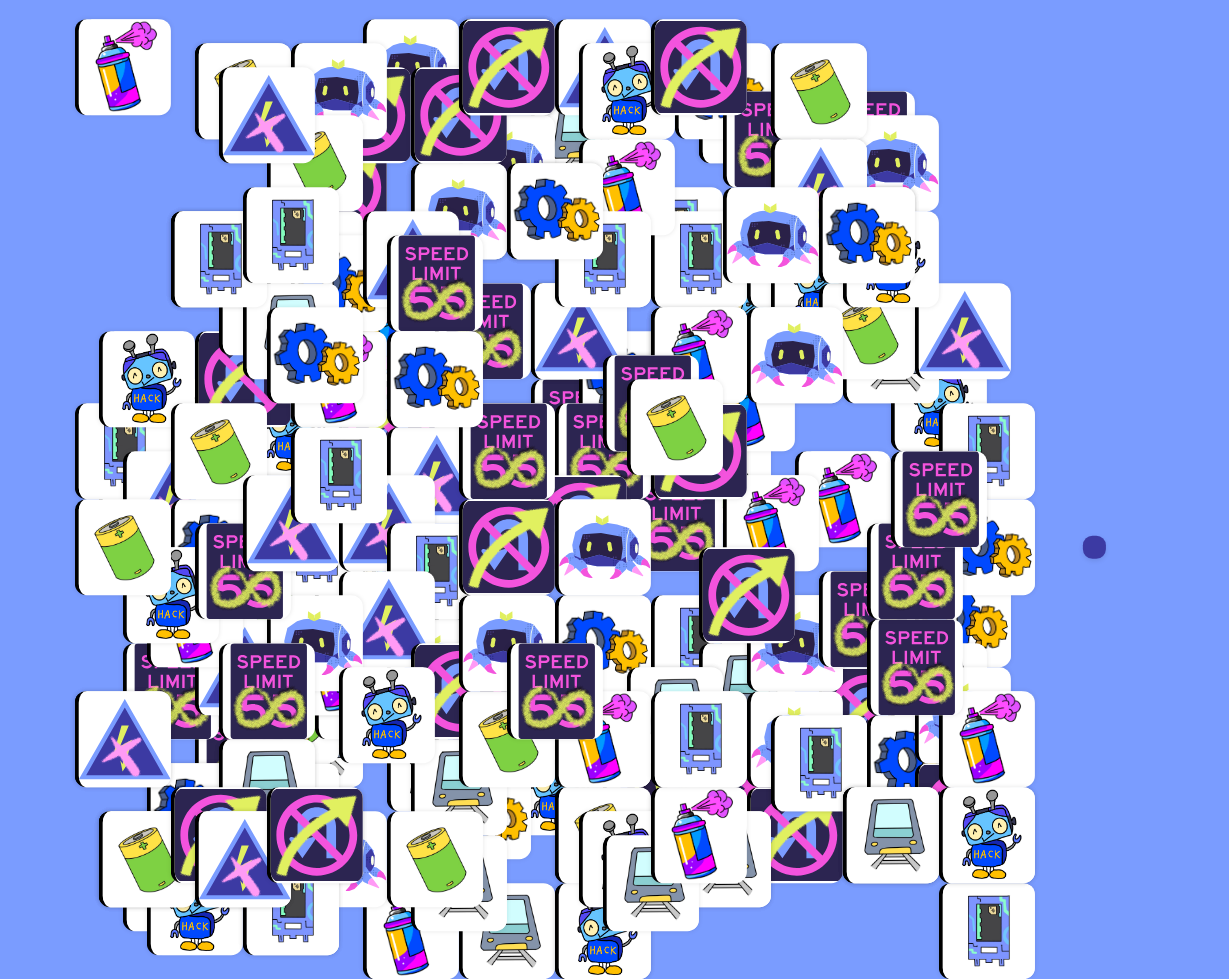
Repository: Avril-Cui/hack-puzzle
Page: / (app in client/)
An editor plug-in stored every save of this project. The page is shown before and after the next save, followed by the edit.
The browser window is 1280 px wide. The pictures show the whole page, at 96% of full size.
The project was rebuilt for these pictures with package versions that can differ from the ones it lists, and the page was loaded fresh each time. The framework's server and built-in components were replaced by stand-ins that run in the browser. Also part of the build but not shown: client/next.config.ts.

Above is the page before, as saved 2025-06-11 19:46:43.

### client/app/page.tsx
import Game from "../components/Game";

export default function Home() {
  return (
    <div>
      <Game />
    </div>
  );
}

### client/app/globals.css
@import "tailwindcss";

:root {
  --background: #7A9CFF;
}

@theme inline {
  --color-background: var(--background);
  --color-foreground: var(--foreground);
  --font-sans: var(--font-geist-sans);
  --font-mono: var(--font-geist-mono);
}

@media (prefers-color-scheme: dark) {
  :root {
    --background: #7A9CFF;
  }
}

body {
  background: var(--background);
  color: var(--foreground);
  font-family: Arial, Helvetica, sans-serif;
}

### client/components/Game.tsx
"use client";
import React, { useEffect, useState } from "react";
import styles from "./Game.module.css";

interface Tile {
  id: string;
  x: number;
  y: number;
  z: number;
  status: number;
  isCover: boolean;
  iconName: string;
}

const CELL_SIZE = 100;
const ICONS = ["🍀", "🌈", "⚙️", "🐏", "🐯", "🐤", "📚", "🧠", "💻", "🐼"];

const PuzzleGame: React.FC = () => {
  const [tiles, setTiles] = useState<Tile[]>([]);
  const [queue, setQueue] = useState<Tile[]>([]);

  useEffect(() => {
    fetch("/scene.json")
      .then((res) => res.json())
      .then((data) => {
        setTiles(data);
      });
  }, []);

  const handleClick = (tile: Tile) => {
    if (tile.isCover || tile.status !== 0 || queue.length >= 7) return;
    setQueue((prev) => [...prev, tile]);
    setTiles((prev) =>
      prev.map((t) => (t.id === tile.id ? { ...t, status: 1 } : t))
    );
  };

  const getEmoji = (iconName: string): string => {
    const index = parseInt(iconName.replace("icon_", ""));
    return ICONS[index] || "❓";
  };

  const getIconPath = (iconName: string): string => {
    const extMap: Record<string, string> = {
      icons0: "svg",
      icons1: "png",
      icons2: "png",
      icons3: "png",
      icons4: "svg",
      icons5: "jpg",
      icons6: "jpg",
      icons7: "jpg",
      icons8: "svg",
      icons9: "svg",
    };
    const ext = extMap[iconName] || "png";
    return `/icons/${iconName}.${ext}`;
  };

  return (
    <div className={styles.gameContainer}>
      <div className={styles.tileBoard}>
        {tiles.map((tile) => (
          <div
            key={tile.id}
            className={`${styles.tile} ${tile.isCover ? styles.covered : ""}`}
            style={{
              left: tile.x,
              top: tile.y,
              zIndex: tile.z,
            }}
            onClick={() => handleClick(tile)}
          >
            <div
              className={styles.tileInner}
              style={{ opacity: tile.status < 2 ? 1 : 0 }}
            >
              <img
                src={getIconPath(tile.iconName)}
                alt={tile.iconName}
                className={styles.tileInner}
                style={{ opacity: tile.status < 2 ? 1 : 0 }}
              />
            </div>
          </div>
        ))}
      </div>

      <div className={styles.queueBar}>
        {queue.map((tile) => (
          <div key={tile.id} className={styles.queueTile}>
            <img
              src={getIconPath(tile.iconName)}
              alt={tile.iconName}
              className={styles.tileInner}
              style={{ opacity: tile.status < 2 ? 1 : 0 }}
            />
          </div>
        ))}
      </div>
    </div>
  );
};

export default PuzzleGame;

### client/components/Game.module.css
.gameContainer {
  display: flex;
  justify-content: center;
  align-items: center;
  height: 100vh;
  margin-top: 10em;
}

.tileBoard {
  position: relative;
  width: 1000px;
  height: 900px;
  background-color: transparent; /* remove green board background */
}

.tile {
  position: absolute;
  width: 100px;
  height: 100px;
  background-color: white;
  border-radius: 12px;
  box-shadow: 0 0 5px rgba(0, 0, 0, 0.1);
  border-left: 4px solid #000;
  border-bottom: 4px solid #3c3a    3;
  display: flex;
  justify-content: center;
  align-items: center;
  cursor: pointer;
  transition: transform 0.1s;
}

.tileInner {
  width: 100%;
  height: 100%;
  display: flex;
  justify-content: center;
  align-items: center;
  overflow: hidden;
}

.tileInner img {
  max-width: 100%;
  max-height: 100%;
  object-fit: contain;
  pointer-events: none;
  border-radius: 12px;
}
.covered {
  background: #ccc;
  opacity: 0.4;
  pointer-events: none;
}

.queueBar {
  margin-top: 100px;
  display: flex;
  justify-content: center;
  gap: 12px;
  padding: 12px;
  background: #3c3aa3;
  border-radius: 10px;
  box-shadow: 0 2px 6px rgba(0, 0, 0, 0.1);
}

.queueTile {
  width: 100px;
  height: 100px;
  background: white;
  border-radius: 10px;
  font-size: 40px;
  display: flex;
  align-items: center;
  justify-content: center;
  box-shadow: 0 2px 6px rgba(0, 0, 0, 0.1);
}

Loaded but not shown: client/app/layout.tsx (common file); client/public/scene.json (2162 lines, source omitted)

After the next save:
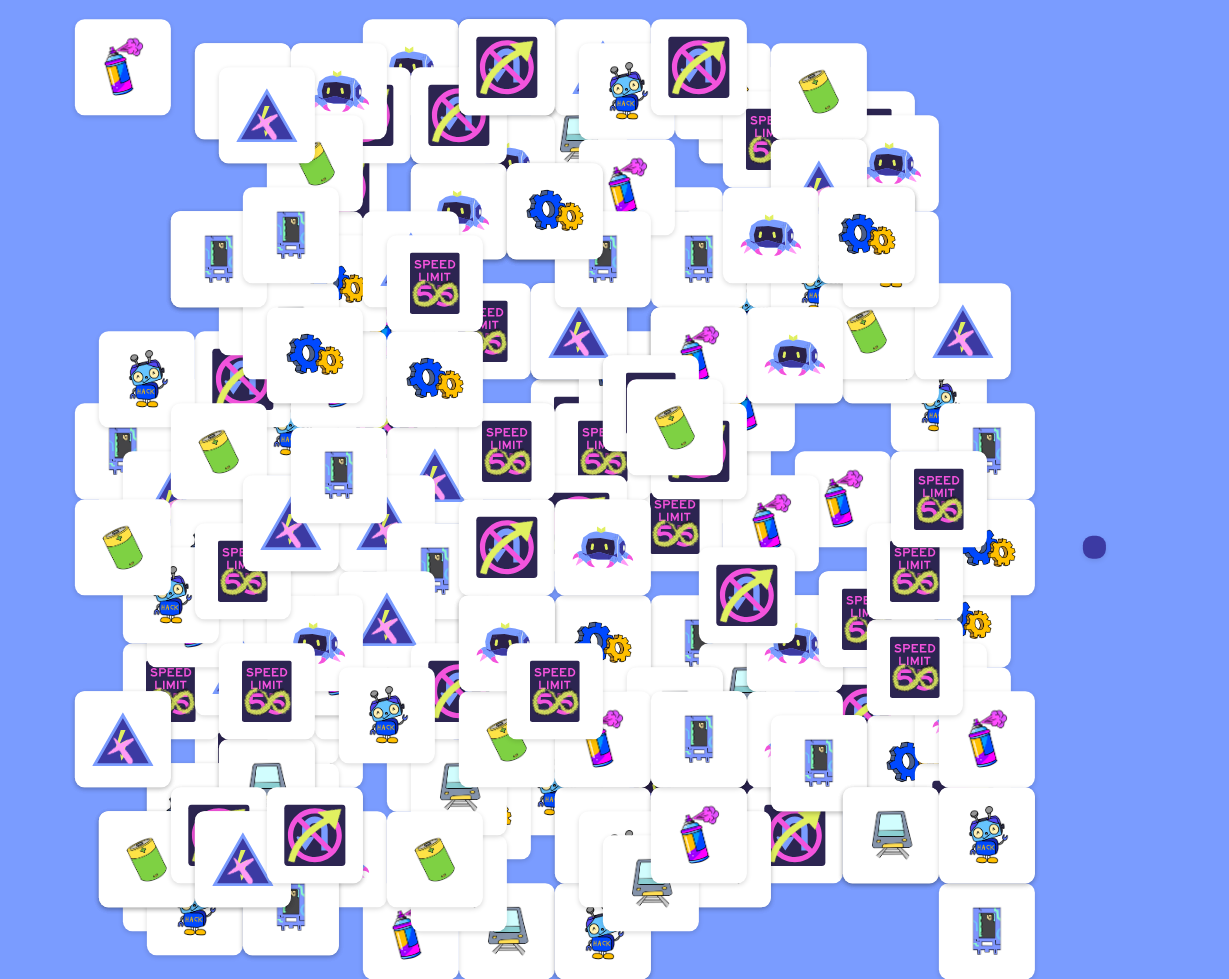
Saved 8 s later.
--- a/client/components/Game.module.css
+++ b/client/components/Game.module.css
@@ -17,16 +17,15 @@
   position: absolute;
   width: 100px;
   height: 100px;
-  background-color: white;
-  border-radius: 12px;
-  box-shadow: 0 0 5px rgba(0, 0, 0, 0.1);
-  border-left: 4px solid #000;
-  border-bottom: 4px solid #3c3a    3;
+  background: white;
+  border-radius: 10px;
+  font-size: 40px;
   display: flex;
+  align-items: center;
   justify-content: center;
-  align-items: center;
+  transition: transform 0.2s ease, opacity 0.3s ease;
+  box-shadow: 0 2px 6px rgba(0, 0, 0, 0.15);
   cursor: pointer;
-  transition: transform 0.1s;
 }
 
 .tileInner {
@@ -36,6 +35,7 @@
   justify-content: center;
   align-items: center;
   overflow: hidden;
+  padding: 10%; /* optional, for consistent inner margin */
 }
 
 .tileInner img {
@@ -43,7 +43,6 @@
   max-height: 100%;
   object-fit: contain;
   pointer-events: none;
-  border-radius: 12px;
 }
 .covered {
   background: #ccc;
